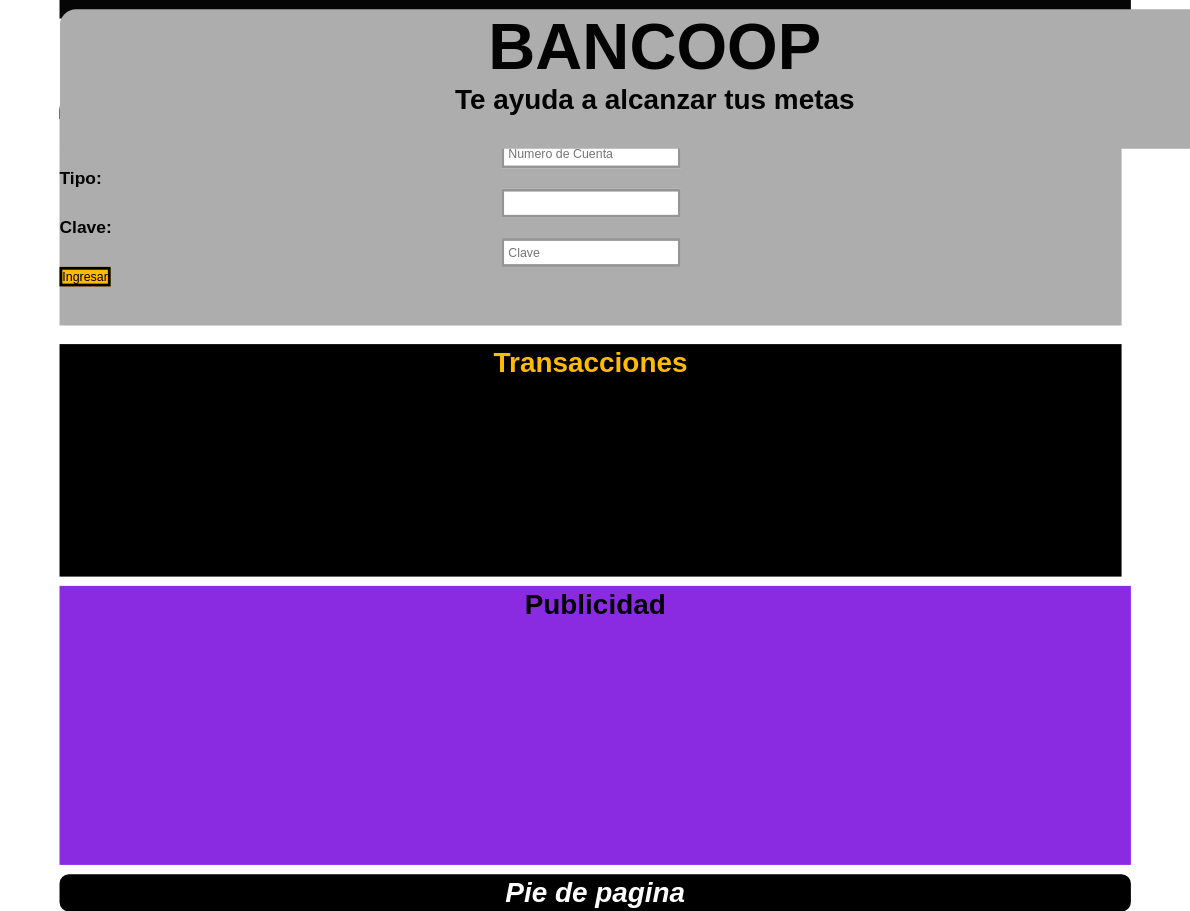
Repository: NickArregoces/BANCOOP
Page: Index.html
The author's editor kept a copy of each file at every save. The page is drawn from the files as they stood at one save, then again after the next save.
The browser window is 1280 px wide. The pictures show the whole page, at 93% of full size.

Above is the page before, as saved 2021-09-29 18:24:33.

After the next save:
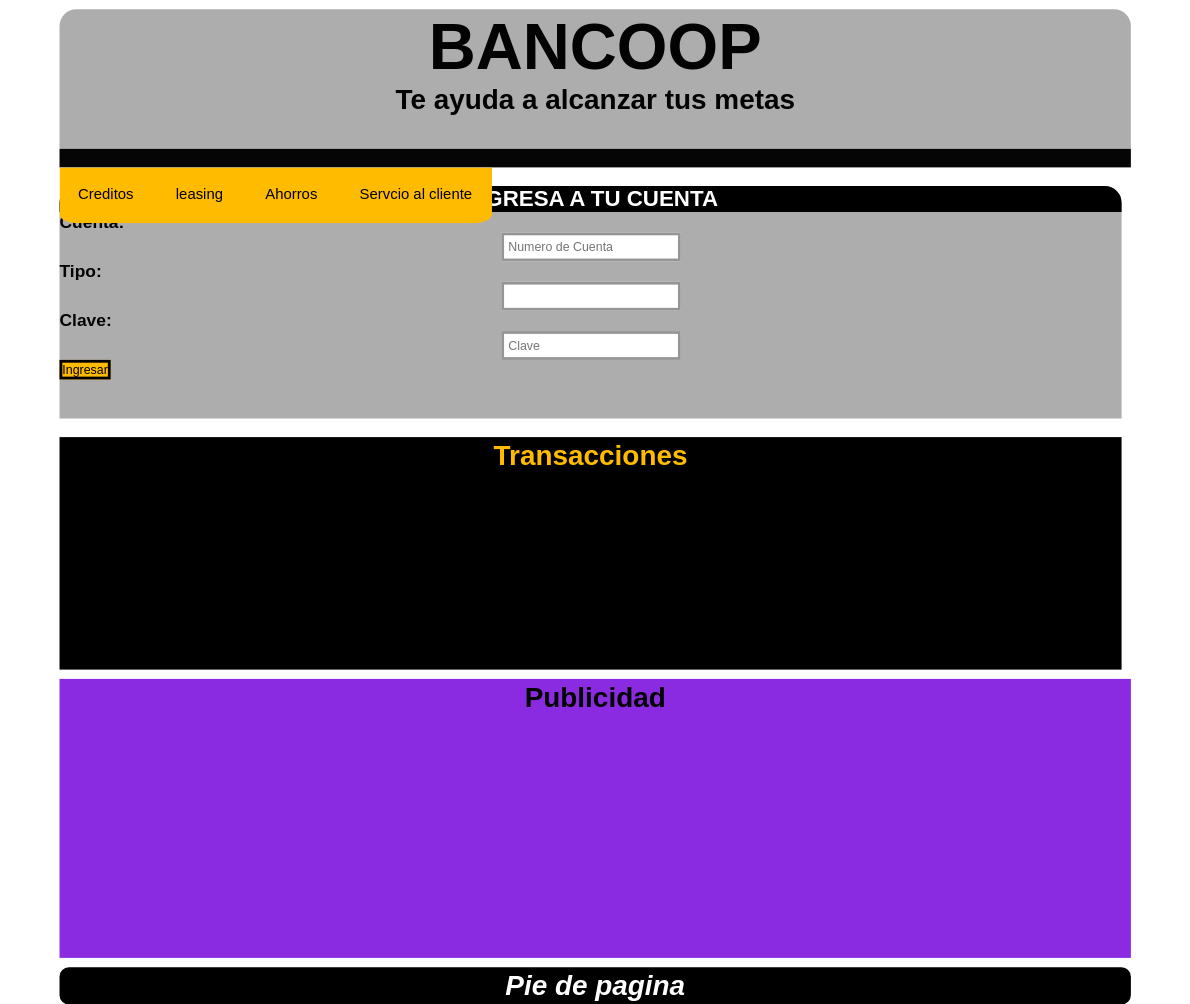
Saved 22 s later.
--- a/CSS/Style.css
+++ b/CSS/Style.css
@@ -16,7 +16,6 @@ header{
     border-top-left-radius:  18px;
     border-top-right-radius:  18px;
     height: 150px;
-    position:fixed
 }
     header h1{
         font-size: 70px;
@@ -44,6 +43,7 @@ ul.menu{
     padding: 0;
     max-width: 1000px;
     margin: auto;
+    position:fixed
 }
     .menu li a{
         align-items: center;
